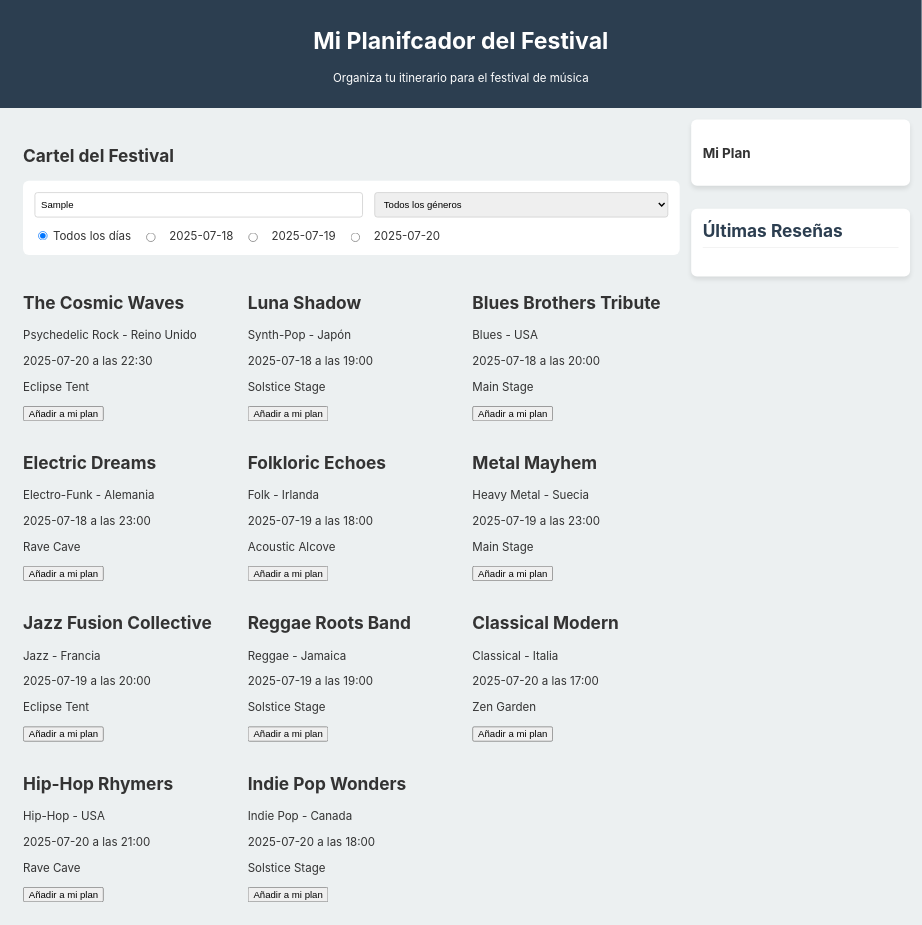
Repository: covaa15/DWEC
Page: Examen12_12_2025/index.html
These files come from the project's save history. The page is drawn as it stood at one moment and after the next save; the edit follows.
The browser window is 1280 px wide. The pictures show the whole page, at 72% of full size.
Empty fields were first filled with sample values (such as "Sample", 5 or name@example.com).
After loading, the first visible `#a1` was clicked once.

Above is the page before, as saved 2025-12-12 13:33:13.

After the next save:
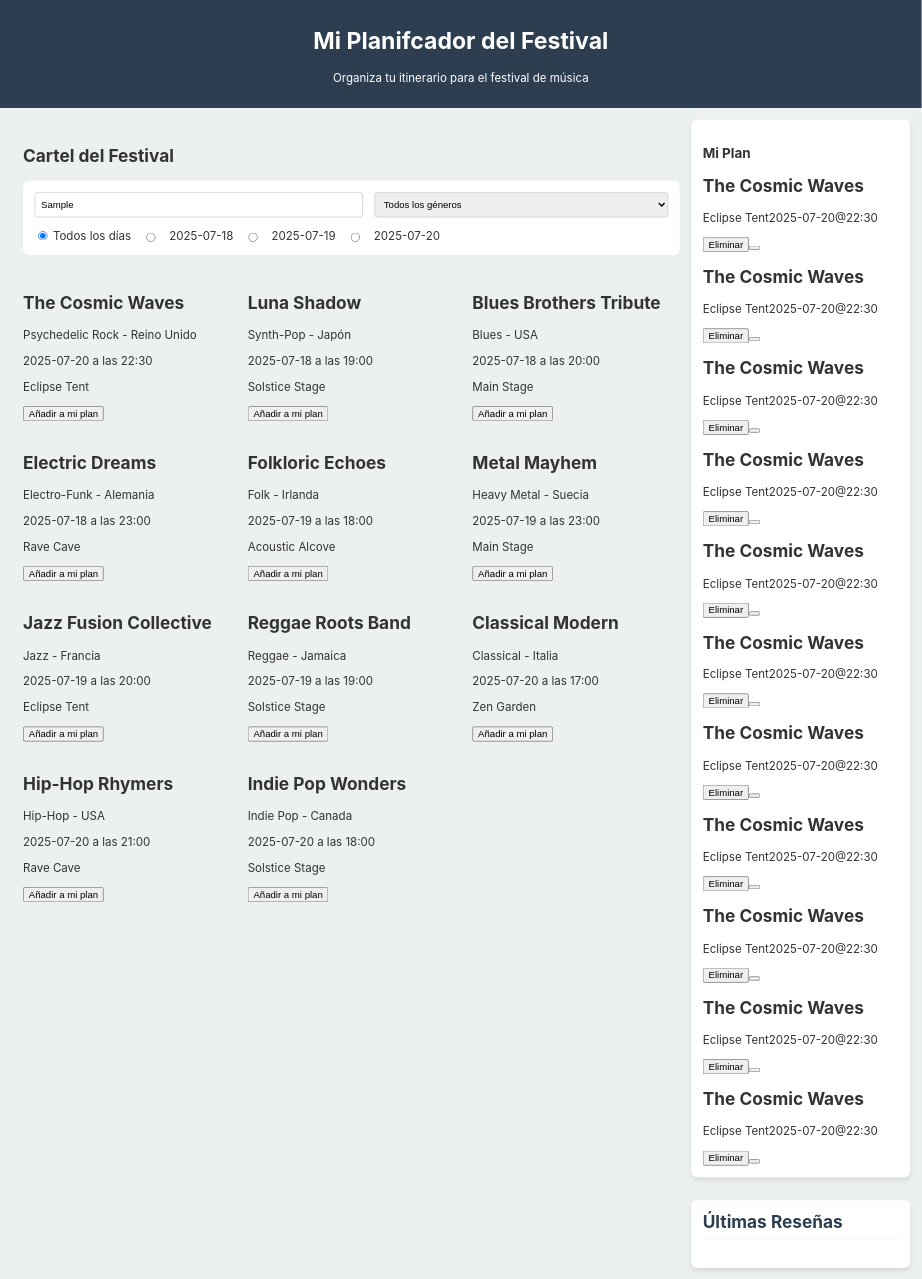
Saved 2 min 44 s later.
--- a/Examen12_12_2025/js/main.js
+++ b/Examen12_12_2025/js/main.js
@@ -178,14 +178,25 @@ function activarBotones(){
             let p =document.createElement('p');
             p.textContent=escenario+''+ horario.dia+'@'+horario.horaInicio;
 
+            let div2=document.createElement('div');
             const botonReseña=document.createElement('button');
             botonReseña.textContent="Reseña Enviada";
             botonReseña.id=artista.id;
+            botonReseña.className="reseña";
 
             const botonEliminar=document.createElement('button');
             botonReseña.textContent="Eliminar";
             botonEliminar.id=artista.id;
-
+            botonEliminar.className="eliminar";
+
+            div2.appendChild(botonReseña);
+            div2.appendChild(botonEliminar);
+
+            div.appendChild(h1);
+            div.appendChild(p);
+            div.appendChild(div2);
+
+            listaPlanes.appendChild(div);
 
 
             // listaPlanes.innerHTML=`
